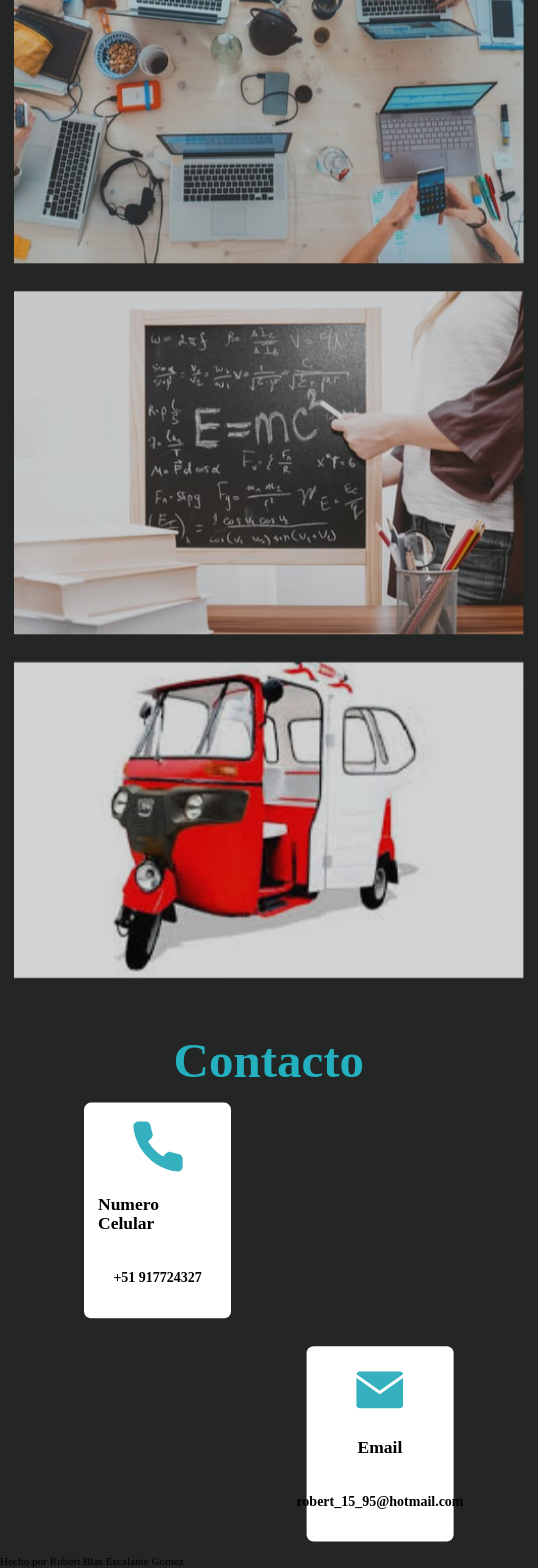
Repository: RobertAries28/PortafolioRobertEscalanteGomez2022
Page: index.html
The author's editor kept a copy of each file at every save. The page is drawn from the files as they stood at one save, then again after the next save.
The browser window is 768 px wide. The pictures show the part of the page from y = 2473 to 4713 px (the page is 4713 px tall before and 4615 px after), at 70% of full size.

Above is the page before, as saved 2022-02-15 20:42:41.

### index.html
<!DOCTYPE html>
<html lang="en">
<head>
    <meta charset="UTF-8">
    <meta http-equiv="X-UA-Compatible" content="IE=edge">
    <meta name="viewport" content="width=device-width, initial-scale=1.0">
    <link rel="preconnect" href="https://fonts.googleapis.com">
<link rel="preconnect" href="https://fonts.gstatic.com" crossorigin>
<link href="https://fonts.googleapis.com/css2?family=Montserrat:wght@100&display=swap" rel="stylesheet">
    <link rel="stylesheet" href="estilos.css">
    <title>Document</title>
</head>
<body>
    <header class="main-header">
        <div class="l-container">

        <div class="main-menu-toggle" id="main-menu-toggle"></div>
             <nav class="main-nav" id="main-nav">
                 <ul class="main-menu">
                       <li class="main-menu__item">
                           <a class="main-menu__link" href="#">
                              Home
                           </a>
                       </li>

                       <li class="main-menu__item">
                         <a class="main-menu__link" href="#servicios">
                           Servicios
                         </a>
                       </li>

                       <li class="main-menu__item">
                        <a class="main-menu__link" href="#acercaMi">
                          Acerca de Mí
                        </a>
                       </li>


                     <li class="main-menu__item">
                         <a class="main-menu__link" href="#habilidades">
                           Mis Habilidades
                         </a>
                     </li>

                     <li class="main-menu__item">
                        <a class="main-menu__link" href="#portafolio">
                         Mi Portafolio
                        </a>
                    </li>

                    <li class="main-menu__item">
                        <a class="main-menu__link" href="#">
                         Contacto
                        </a>
                    </li>


                 </ul>
             </nav>


        </div>
     </header>
     <main>
        <div class="main-nombre">
              <h2>Soy</h2><hr color="white"/>
              <h1>Robert</h1>
              <p class="parrafo">Desarrollador <br> Frontend</p>
        </div>

        <div class="main-imagen">
              <img src="imagenes/fotoPerfil.jpeg" alt="">
        </div>

        <div class="main-experiencia">
               <p><span>1 año</span><br>experiencia</p>
               <div>
                 <img src="imagenes/linkedin.svg" alt="">
                 <img src="imagenes/instagram.svg" alt="">
                 <img src="imagenes/twitter.svg" alt="">
               </div>
        </div>

        <div class="main-iconos">
          <div>
             <img src="imagenes/gmail.png" alt="">
             <img src="imagenes/amazon.png" alt="">
             <img src="imagenes/spotify.png" alt="">
            </div>
        </div>
    </main>

    <section id="acercaMi">
      <h2>Acerca de mí</h2>
      <p>Soy un Profesional Bachiller en la carrera de ingeniería de sistemas en la Universidad nacional Tecnológica de Lima Sur con capacidad para trabajar en equipo, con dinamismo y creatividad, responsable, puntual, proactivo, organizado, eficiente, valores firmes, capacidad para resolver problemas y facilidad de comunicación. Deseo obtener mas conocimientos y experiencias en empresas relacionados a mi carrera.

        Quiero obtener un puesto en la empresa, para contribuir con mi experiencia en prácticas y habilidad en el logro de las metas generales de la empresa y las responsabilidades a mi cargo, con la oportunidad de continuar desarrollándome.</p>
    </section>

    <aside id="servicios">
      <h2 class="servicios">Servicios</h2>
      <div class="diseño">
        <img src="imagenes/pincel.svg" alt="">
        <h3>UX/UI Design</h3>
        <p>Eliga su diseño que desea y tambien le damos algunas sugerencias.</p>
      </div>

      <div class="marketing">
        <img src="imagenes/marketing.svg" alt="">
        <h3>Web Administrable</h3>
        <p>Administre las secciones que desee, agregando o quitando información.</p>
      </div>

      <div class="seo">
        <img src="imagenes/lupa.svg" alt="">
        <h3>Seo</h3>
        <p>Ayudamos que tu pagina se posicione en las primeras paginas en la busqueda.</p>
      </div>
    </aside>



    <article class="habilidades" id="habilidades">
      <h3>Habilidades</h3>
      <div class="caja">
          <h4>Diseño web</h4>
          <div class="contenedor">

              <h2 class="numb">70%</h2>
              <div class="relleno">
              </div>


         </div>
      </div>

      <div class="caja">
          <h4>Seo</h4>
          <div class="contenedor">

              <h2 class="numb2">80%</h2>
              <div class="relleno relleno2">
              </div>


         </div>
      </div>

      <div class="caja">
          <h4>Maquetacion web</h4>
          <div class="contenedor">

              <h2 class="numb3">90%</h2>
              <div class="relleno relleno3">
              </div>


         </div>
      </div>

    </article>

    <article id="portafolio">
      <h2>Mi Portafolio</h2>

      <div class="portafolio">
        <div>
           <a href="https://robertaries28.github.io/Desarrollar-Paginas-Web/"><img src="imagenes/pagina-web1.jpg" alt=""></a>

        </div>

        <div>
            <a href="https://robertaries28.github.io/MatematicasMaster/"><img src="imagenes/matematicas.jpg" alt=""></a>

          </div>

        <div>
            <a href="https://robertaries28.github.io/ServicioTransporteMototaxisV.E.S/"><img src="imagenes/mototaxis.jpg" alt=""></a>

          </div>

      </div>
    </article>

    <footer id="contacto">
      <h2>Contacto</h2>

      <div class="contacto">
        <div>
            <img src="imagenes/phone.svg" alt="">
            <h3>Numero Celular</h3>
            <h4>+51 917724327</h4>
        </div>

        <div>
           <img src="imagenes/email.svg" alt="">
           <h3>Email</h3>
           <h4>robert_15_95@hotmail.com</h4>
        </div>
      </div>

      <div class="autor">
        Hecho por Robert Blas Escalante Gomez
      </div>
    </footer>




    <script src="javascript.js"></script>
</body>
</html>

### estilos.css
body{
    margin: 0;
    background: #242625;
}

.main-header{
    height: 4rem;
    background: #242635;
    position:sticky;

	top:0;

}
.l-container{
    max-width: 100%;
    padding-left: 1rem;
    padding-right: 1rem;
    display: flex;
    justify-content: space-between;
    align-items: center;

    height: 100%;
    color: white;

}
.main-menu{
    margin-top: 0;
    margin-bottom: 0;
    padding-left: 0;
    list-style: none;
    display: flex;
}

.main-menu li{
    padding: 0 20px;
}

a{
  text-decoration: none;
  color: white;
  font-family: 'Montserrat', sans-serif;
  font-size: 18px;
  font-weight: bold;
}


/*main*/

main{
    display: grid;
    grid-template-columns: 33.3% 33.3% 33.3%;
    grid-template-rows: repeat(3,auto);
    justify-items: center;
    padding-top: 30px;

}

.main-nombre{
    margin-left: 150px ;

}

.main-nombre h1{
    font-size: 150px;

    color: #24B0BE;
    margin: 0;
}

.main-nombre h2{
    font-size: 100px;
    margin: 0;

    color: white;
}

.main-nombre .parrafo{
    color: white;
    font-size: 40px;
    margin: 0;

}
.main-nombre hr{
    margin-bottom: 0;

}

.main-imagen{

    z-index: -100000;


}

.main-imagen img{

    width: 100%;
    height: 100%;
    border-radius: 50%;
    min-width: 20%;



}

.main-experiencia{
    margin-right: 50px;
}

.main-experiencia p{
    color: white;
    font-size: 45px;

}

.main-experiencia span{
    color: #24B0BE;
    padding-right: 5px;
}

.main-experiencia img{
    background: #D1CECA;
    width: 50px;

    border-radius: 50%;
    padding: 10px;
    margin: 0 15px;
}

.main-experiencia div{
    display: flex;
    justify-content: center;
}

.main-iconos{
   grid-column: 1 / span 3;
 justify-self: center;
   background: #212F3C;
  width:85%;
  position: relative;
 top: -10px;
 border-radius: 20px;
 z-index: -500;
}

.main-iconos div{
    display: flex;
  justify-content: center;
}

.main-iconos img{
    width: 10%;

  background: #D1CECA;
  padding: 0 15px;
  margin: 20px 10px;
  border-radius: 10px;
}

/*section*/
section{
 margin: 0 50px;
 padding: 0 100px;
}
section h2{
    text-align: center;
    font-size: 80px;
    margin-top: 40px ;
    margin-bottom: 20px;
    color: #24B0BE;
}

section p{
    text-align: center;
    color: white;
    font-size: 25px;
    line-height: 35px;
}

/* aside serivicios*/

aside{
    margin: 0 60px;
    display: grid;
    grid-gap: 60px;
    grid-template-columns: 1fr 1fr 1fr;
    grid-template-rows: auto auto;

    grid-template-areas: "servicios servicios servicios"
                         "diseño marketing seo";



}

aside p{
    color: #62707E;
    text-align: center;
    font-size: 20px;
}

aside h3{
    color: black;
    font-size: 25px;
}

aside .servicios{
    grid-area: servicios;
    text-align: center;
    font-size: 80px;
    color: #24B0BE;
    margin-bottom: 0;

}


aside .diseño{
    grid-area: diseño;
    background: white;
}

aside .marketing{
    grid-area: marketing;
    background: white;
}

aside .seo{
    grid-area: seo;
    background: white;
}

aside div{
    display: flex;
    flex-direction: column;
   align-items: center;
   padding: 50px;
}

/*article habilidades*/

.habilidades {
    width: 100%;

    margin: auto;
    display: flex;
    flex-direction: column;
    align-items: center;


}

.habilidades h3{
    font-size: 80px;
    color: #24B0BE;
    margin-top: 40px;
    margin-bottom: 0;
}

.habilidades h4{
    font-size: 30px;
    color: white;
    margin-top: 20px;
    margin-bottom: 10px;
}

.caja{
    width: 80%;
}

.contenedor {
    width: 100%;
    height: 25px;
    border: 1px solid black;
    align-self: center;
    border-top-left-radius: 50px;
    border-top-right-radius: 50px;
    border-bottom-left-radius: 50px;
    border-bottom-right-radius: 50px;
    margin-right: 0;
}

.relleno {
    width: 0px;
    height: 100%;
    background: #24B0BE;
    border-top-left-radius: 50px;
    border-bottom-left-radius: 50px;
    animation-name: coloreado;
    animation-delay: 0s;
    animation-duration: 3s;
    animation-timing-function: cubic-bezier(.17, .67, .83, .67);
    animation-fill-mode: forwards;
}

.relleno2{
    animation-name: coloreado2;
    animation-delay: 0s;
    animation-duration: 3s;
    animation-timing-function: cubic-bezier(.17, .67, .83, .67);
    animation-fill-mode: forwards;
}

.relleno3{
    animation-name: coloreado3;
    animation-delay: 0s;
    animation-duration: 3s;
    animation-timing-function: cubic-bezier(.17, .67, .83, .67);
    animation-fill-mode: forwards;
}

.contenedor h2 {
    position: absolute;
    left: 45%;
    margin: 0 auto;
}

.contenedor h3 {
    text-align: center;
    margin: 10px auto;
}

@keyframes coloreado {
    10% {
        width: 0%;
    }
    100% {
        width: 70%;
    }
}

@keyframes coloreado2 {
    10% {
        width: 0%;
    }
    100% {
        width: 80%;
    }
}

@keyframes coloreado3 {
    10% {
        width: 0%;
    }
    100% {
        width: 90%;
    }
}


/*article portafolio*/
 .portafolio{
     display: flex;


 }

 #portafolio h2{
  font-size: 70px;
  text-align: center;
  color: #24B0BE;
  margin-bottom: 0;
 }



 .portafolio div{
     width: 100%;
     margin: 20px;
 }

 .portafolio img{
     width: 100%;
     height: 100%;
     filter: opacity(0.8);
 }


 /*contacto*/
 #contacto{
     width: 100%;
 }
 #contacto h2{
     font-size: 70px;
     text-align: center;
     color: #24B0BE;
     margin-bottom: 0;

 }

 .contacto{

     padding: 0 100px;
     display: flex;
     flex-direction: column;
 }

 .contacto h3{
     font-size: 20px;
 }

 .contacto h4{
     font-size: 20px;
 }

 .contacto div{
    width: 20%;
     padding: 20px;
     margin: 20px;
     background:white ;
     display: flex;
    flex-direction: column;
    align-items: center;
    border-radius: 10px;

 }

 .contacto div h3{
     font-size: 25px;
 }
 .contacto div h4{
    font-size: 20px;
}

 .contacto div:nth-child(2){
     align-self: flex-end;
 }



 .contacto img{
  width: 50%;
 }

@media screen and ( max-width: 768px){



.main-menu__item{
    padding: .5rem 0 .5rem 1rem
}

.main-menu__link{
    color: white;
    margin-left: 1rem;
}



.main-nav{
    position: fixed;
    height: calc(100vh - 4rem);
    width: 200px;
    background: black;
    top: 4rem;
    right: -200px;




}

.main-menu{
    flex-direction: column;
}

.main-menu li{
    padding: 10px 0;
}



.show{
right: 0px;
transition-duration: 1s;
transition-timing-function:ease-in-out

}

 :not(.show){
     transition-duration: 1s;
  transition-timing-function: ease-in
 }


.main-menu-toggle{
    width: 2.4rem;
    margin-left: calc(100% - 38.4px);
    height: 1.6rem;
    background: linear-gradient(white 20%, transparent 20%, transparent 40%, white 40%, white 60%, transparent 60%, transparent 80%, white 80%);
    cursor: pointer;

}

/* main*/

.main-nombre{
    margin-left: 0px;
}

.main-nombre h1{
    font-size: 30px;

    color: #24B0BE;
    margin: 0;
}

.main-nombre h2{
    font-size: 20px;
    margin: 0;

    color: white;
}

.main-nombre .parrafo{
    color: white;
    font-size: 15px;
    margin: 0;

}


.main-experiencia{
    margin-right: 10px;
}

.main-experiencia p{
    color: white;
    font-size: 15px;
    margin-top: 0;
    margin-bottom: 10px;

}



.main-experiencia img{
    background: #D1CECA;


    border-radius: 50%;
    padding: 10px;
    width: 10%;
    margin: 0 5px;
}

.main-iconos{
    border-radius: 20px;
    padding-top: 0px;
    padding-bottom: 0px;

}

.main-iconos img{
    margin-top:10px ;
    margin-bottom:10px ;
}

section h2{
 font-size: 30px;
}

section{
    padding: 0;
    margin: 0 15px;

}
section p{
    font-size: 15px;
    padding: 0;
    line-height: 25px;
}

/* aside servicios */
aside h3{
    text-align: center;
    margin-bottom: 0;
}
aside{

    grid-template-columns: 1fr 1fr 1fr;
    grid-template-rows: auto auto auto auto;
    grid-template-areas: "servicios servicios servicios"
    "diseño diseño diseño"
     "marketing marketing marketing" "seo seo seo";
}

aside .servicios{
    font-size: 30px;
}

/*article*/
    .habilidades h3{
      font-size: 30px;
    }

    .habilidades h4{
        font-size: 20px;
    }

    .habilidades h2{
        font-size: 20px;
    }

    /*article portafolio*/

    #portafolio h2{
        font-size: 30px;
    }
    .portafolio{
        flex-wrap: wrap;
    }

    /*footer*/
    .contacto div{
        width: 30%;
    }
}

### javascript.js
 const showMenu = (toggleId, navId) =>{
               const toggle = document.getElementById(toggleId),
               nav = document.getElementById(navId)

               if(toggle && nav){
                   toggle.addEventListener('mouseover' , ()=>{
                       nav.classList.toggle('show')
                   })



               }

               if(toggle && nav){
                   toggle.addEventListener('mouseout' , ()=>{
                       nav.classList.toggle('show')
                   })



               }



           }
           showMenu('main-menu-toggle','main-nav')

           const numb = document.querySelector(".numb");
           let counter = 0;
           setInterval(() => {
               if (counter == 70) {
                   clearInterval();
               } else {
                   counter += 1;
                   numb.textContent = counter + "%";
               }
           }, 35);

After the next save:
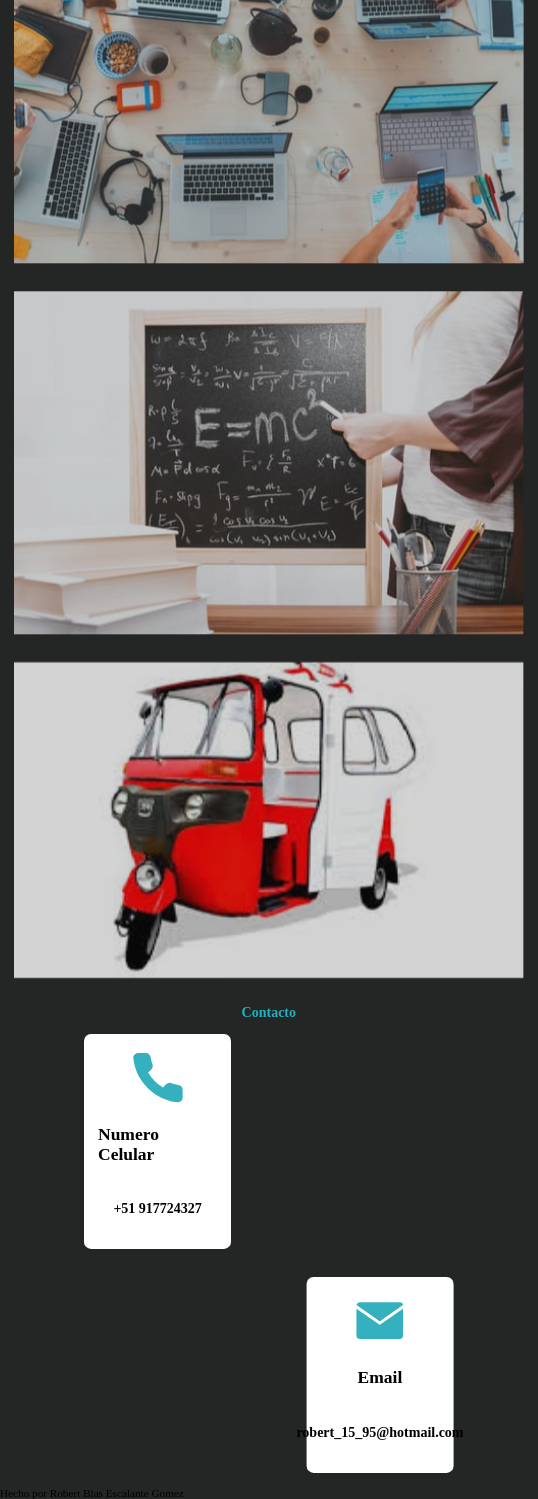
Saved 69 s later.
--- a/estilos.css
+++ b/estilos.css
@@ -611,6 +611,9 @@
     }
 
     /*footer*/
+    #contacto h2{
+        font-size: 20px;
+    }
     .contacto div{
         width: 30%;
     }
